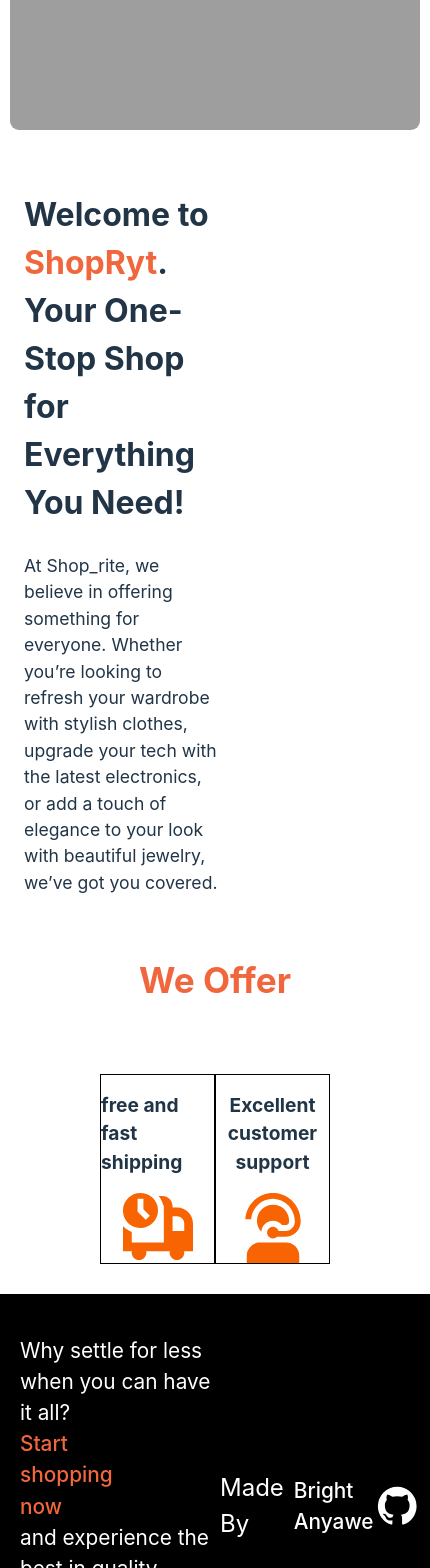
Repository: Bright-Anyawe/Shopping_cart
Page: /
An editor plug-in stored every save of this project. The page is shown before and after the next save, followed by the edit.
The browser window is 375 px wide. The page is 430 px wide, so the pictures cover 430 px, including what lies to the right of the window. The pictures show the part of the page from y = 550 to 2118 px (the page is 2269 px tall before and 2168 px after).
Pictures or frames that could not be fetched are drawn as grey boxes. The page's requests for data from a server got no answer. The project was rebuilt for these pictures with package versions that can differ from the ones it lists, and the page was loaded fresh each time. No one was signed in, and anything a server would have sent is missing. Also part of the build but not shown: vite.config.js, src/Components/Layout/Shop.jsx, src/Components/Categories/MenClothing.jsx, src/Components/Categories/WomenClothing.jsx, src/Components/Categories/Electronics.jsx, src/Components/Categories/Jewelry.jsx, src/Components/Features/Delete.jsx, src/Components/Layout/Quantity Summery.jsx.

Above is the page before, as saved 2024-10-28 14:54:20.

After the next save:
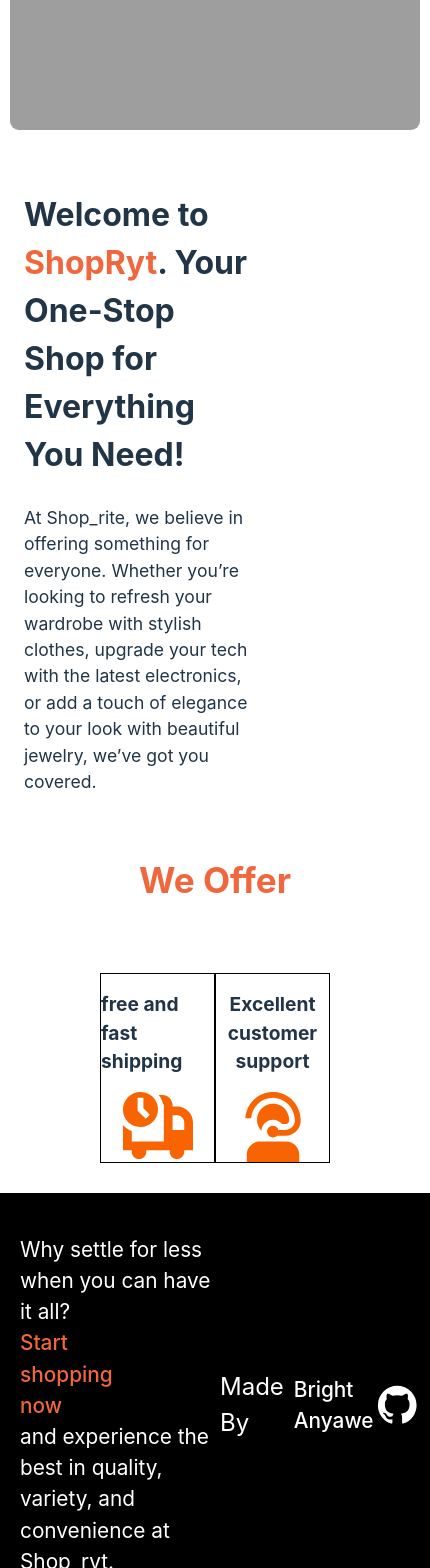
Saved 41 s later.
--- a/src/Components/Styles/layout.css
+++ b/src/Components/Styles/layout.css
@@ -85,7 +85,7 @@
 
   div.homeHeadText {
     padding: 4px;
-    width: 50%;
+    /* width: 50%; */
   }
 
   div.welcomePageContainer {
